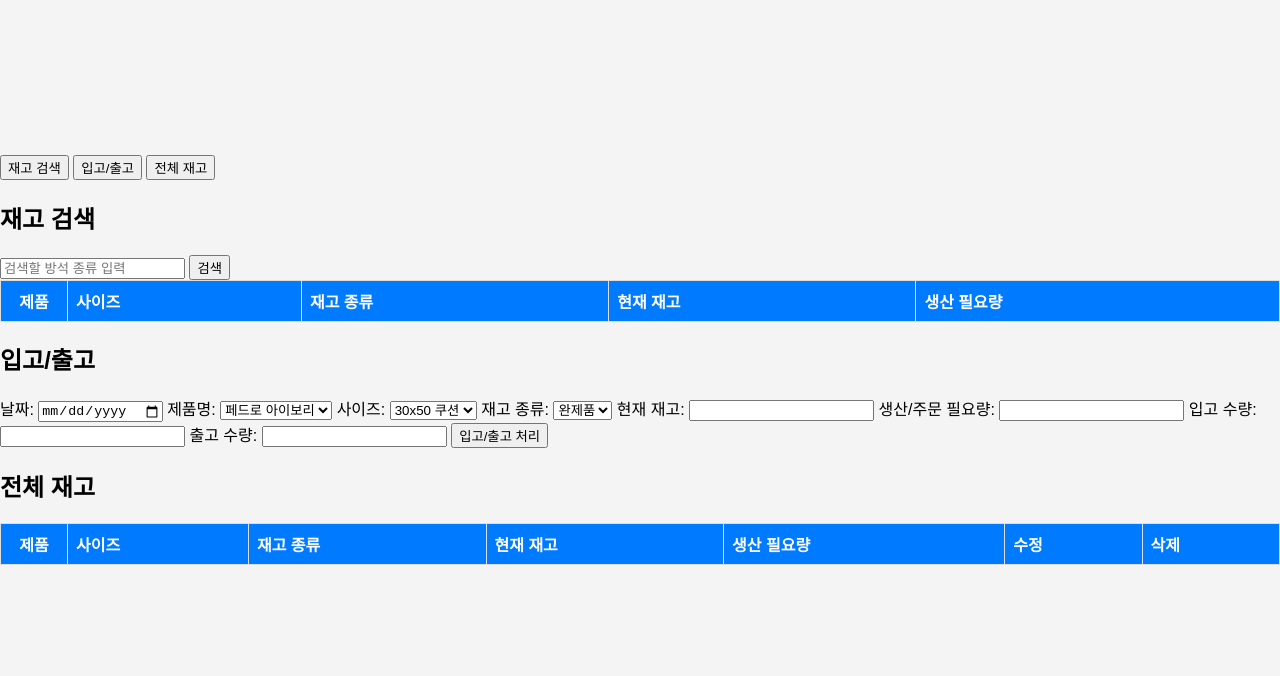
Repository: bluefoginthecup/inventory
Page: public/index.html
An editor plug-in stored every save of this project. The page is shown before and after the next save, followed by the edit.
The browser window is 1280 px wide. The pictures show the whole page.

Above is the page before, as saved 2025-01-05 15:55:10.
Console error: TypeError: Cannot read properties of null (reading 'addEventListener')

After the next save:
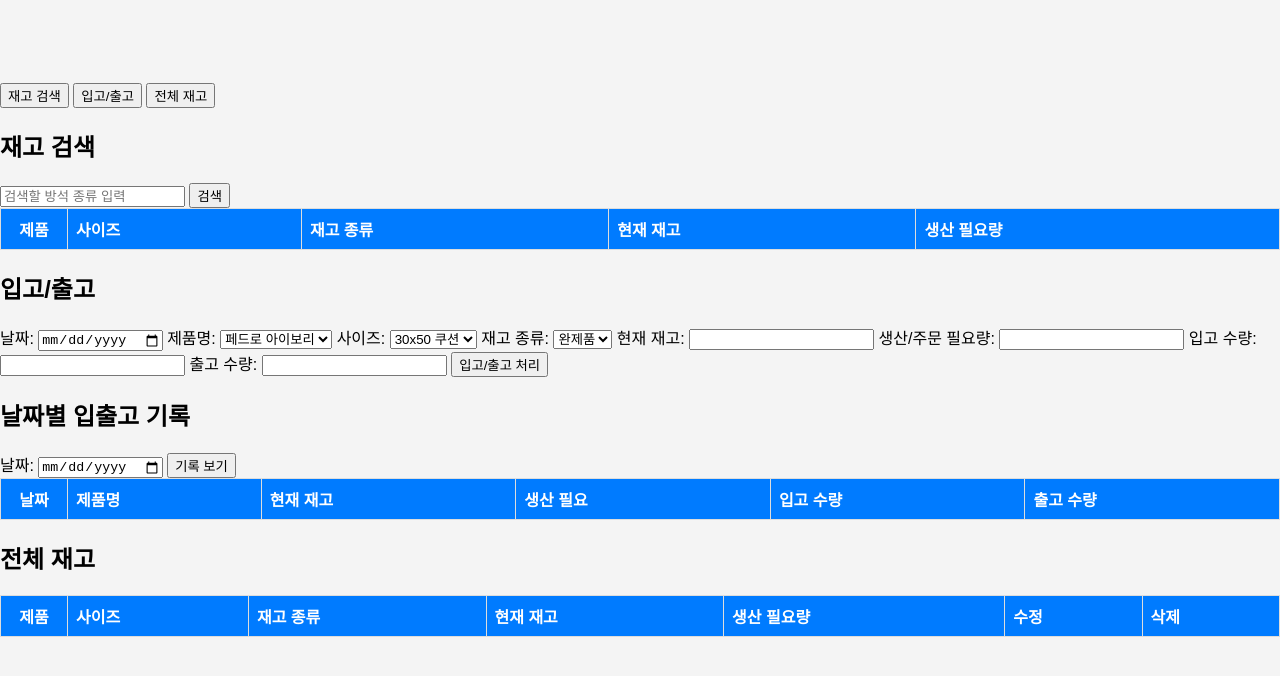
Saved 3 min 58 s later.
--- a/public/index.html
+++ b/public/index.html
@@ -83,6 +83,36 @@
             </form>
         </section>
 
+
+        <!-- 섹션 4: 날짜별 입출고 기록 -->
+        <section id="dailyLogsSection" class="section">
+            <h2>날짜별 입출고 기록</h2>
+            <form id="dailyLogsForm">
+                <label for="logDate">날짜:</label>
+                <input type="date" id="logDate" name="logDate" required>
+
+                <button type="button" id="viewLogsButton">기록 보기</button>
+            </form>
+
+            <table id="dailyLogsTable">
+                <thead>
+                    <tr>
+                        <th>날짜</th>
+                        <th>제품명</th>
+                        <th>현재 재고</th>
+                        <th>생산 필요</th>
+                        <th>입고 수량</th>
+                        <th>출고 수량</th>
+                    </tr>
+                </thead>
+                <tbody>
+                    <!-- 날짜별 기록 데이터 -->
+                </tbody>
+            </table>
+        </section>
+
+
+
         <!-- 섹션 3: 전체 재고 -->
         <section id="allStockSection" class="section">
             <h2>전체 재고</h2>
